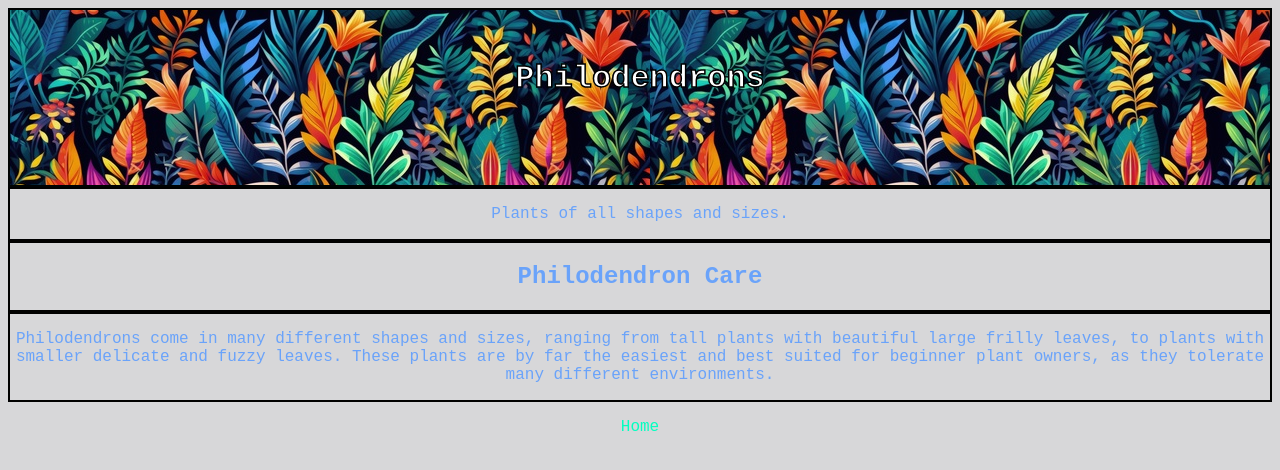
Repository: swillis91/odin-recipies
Page: Planty Page/philodendrons.html
These files come from the project's save history. The page is drawn as it stood at one moment and after the next save; the edit follows.
The browser window is 1280 px wide. The pictures show the whole page.

Above is the page before, as saved 2023-08-14 23:07:14.

### Planty Page/philodendrons.html
<!DOCTYPE html>
    <html>
        <head>
            <title>Calatheas</title>
            <link href="style.css" rel="stylesheet"
        </head>
        <body>
            <div class="Header">
            <h1 class="heading">Philodendrons</h1>
            </div>
            <div class="box">
              <p>Plants of all shapes and sizes.</p>
            </div>
            <div class="box">
            <h2 class="species">Philodendron Care</h2>
            </div>
            <div class="box">
                <p class="care">Philodendrons come in many different shapes and sizes, ranging from tall plants with beautiful large frilly leaves, to plants with smaller delicate and fuzzy leaves. These plants are by far the easiest and best suited for beginner plant owners, as they tolerate many different environments.
                <br>
            </p>
            </div>
              </p>
                <!--img src="./Images/makoyana.webp" id="calathea makoyana" width="700px"-->
            <footer>
                <nav>
                    <a href="./index.html" class="navigation">Home</a>

                </nav>
            </footer>
        </body>
    </html>

### Planty Page/style.css
body{
    background-color: rgb(215, 215, 217);
    color:rgb(106, 163, 250);
    text-align: center;
    font-family: 'Permanent Marker', cursive;
    font-family: 'Space Mono', monospace;
}

.heading{
    color: rgb(0, 0, 0);
    -webkit-text-fill-color: rgb(255, 255, 255);
    -webkit-text-stroke-width: 1.5px;
    -webkit-text-stroke-color: rgb(0, 0, 0);
    text-transform: capitalize;
    border: 2px solid rgb(0, 3, 3);
    background-image: url('Images/banner.jpg');
    height: 75px;
    margin: 0 auto;
    padding:50px 20px;

}

div.box{
    border:2px solid black;
    display: flex;
    margin-left: auto;
    flex-direction:column;
}

#calathea-makoyana{
    width: 500px;
    Height: auto:
}

.navigation{
    color:rgb(1, 255, 192);
    text-decoration: none;
}

After the next save:
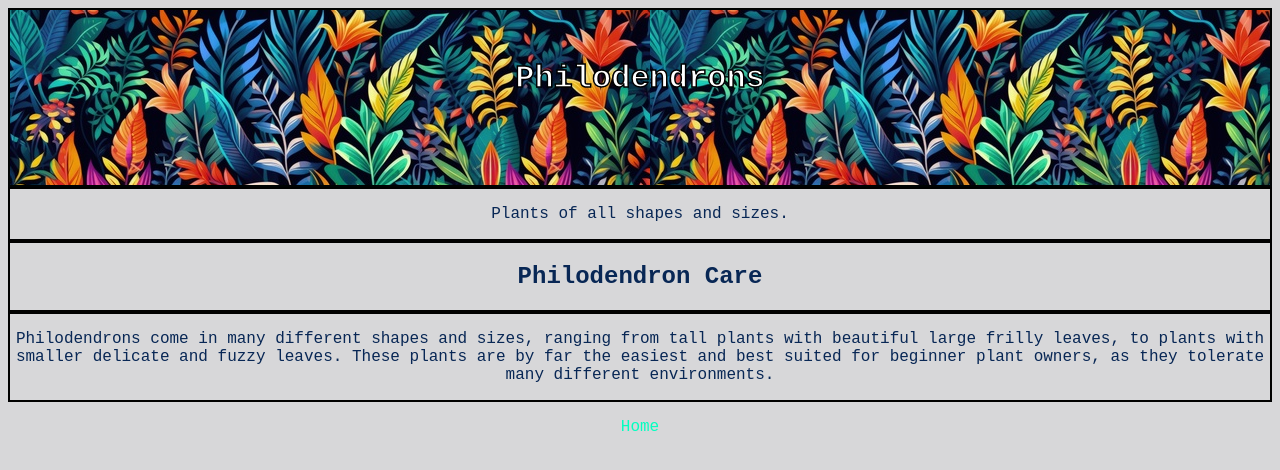
Saved 14 s later.
--- a/Planty Page/style.css
+++ b/Planty Page/style.css
@@ -1,6 +1,6 @@
 body{
     background-color: rgb(215, 215, 217);
-    color:rgb(106, 163, 250);
+    color:rgb(8, 39, 85);
     text-align: center;
     font-family: 'Permanent Marker', cursive;
     font-family: 'Space Mono', monospace;
